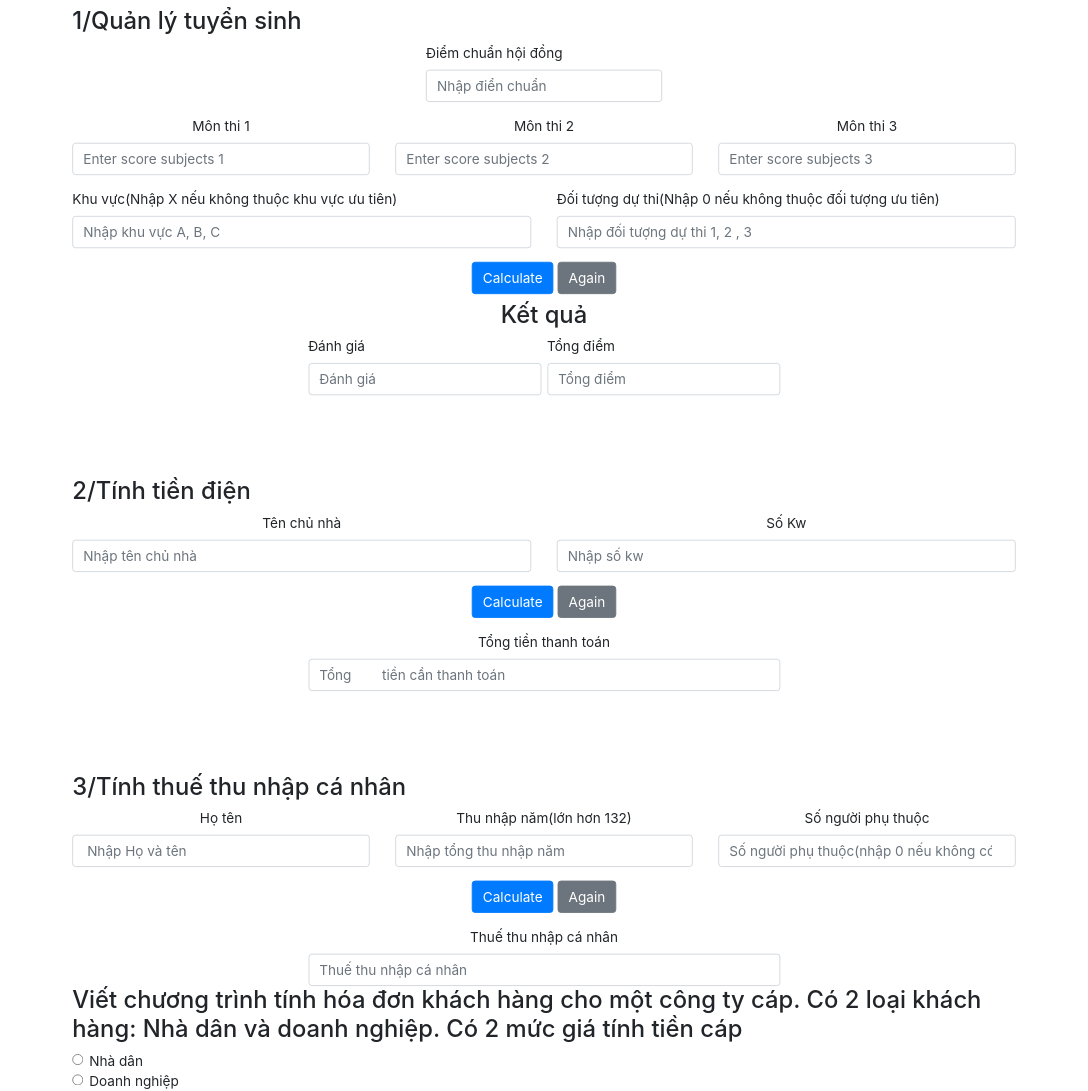
Repository: baobaodeveloper/bootcamp21__jsbasic4_HuynhAnhBao
Page: index.html
An editor plug-in stored every save of this project. The page is shown before and after the next save, followed by the edit.
The browser window is 1280 px wide. The pictures show the whole page, at 85% of full size.

Above is the page before, as saved 2022-03-13 23:06:58.

After the next save:
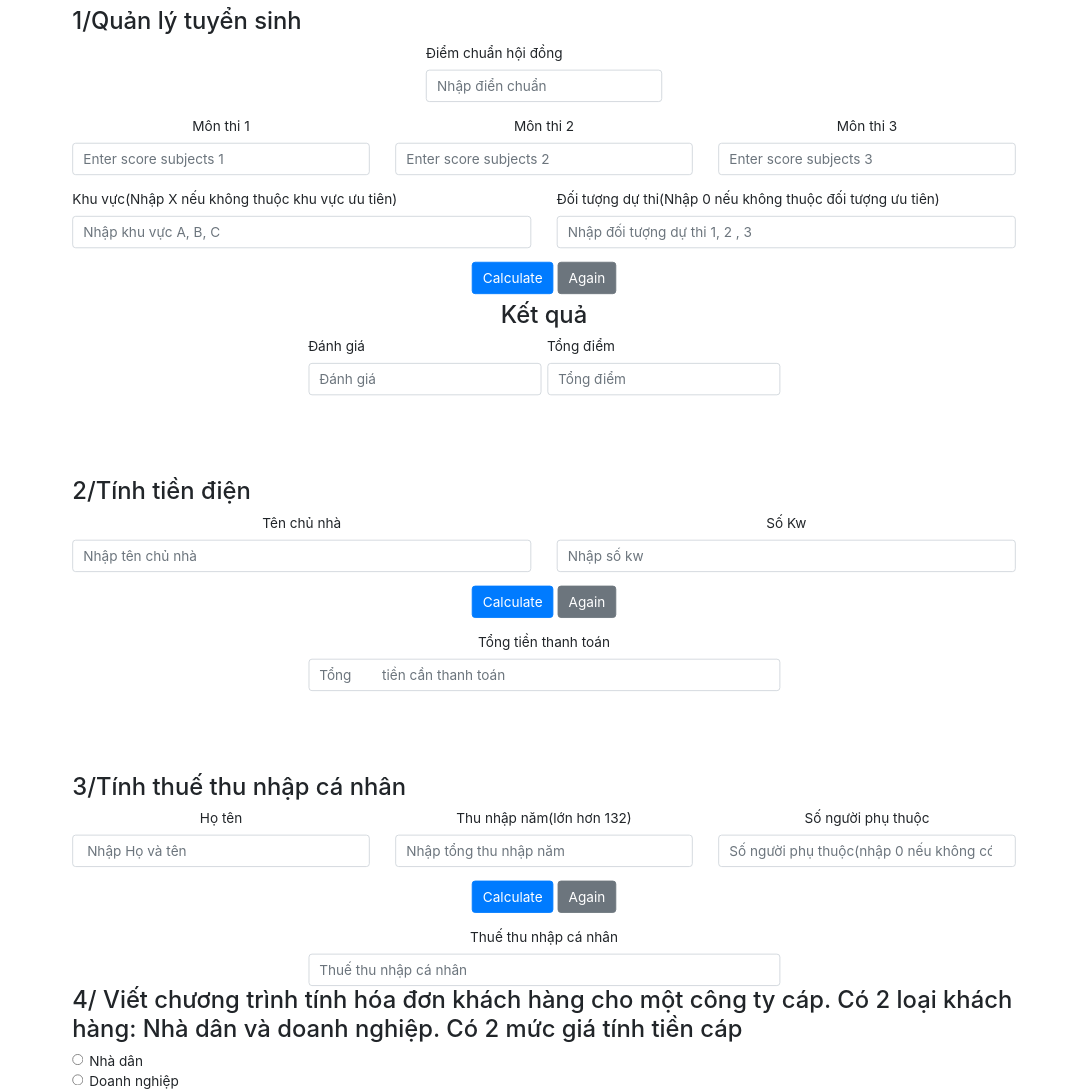
Saved 12 s later.
--- a/index.html
+++ b/index.html
@@ -225,8 +225,8 @@
     Nhà dân và doanh nghiệp. Có 2 mức giá tính tiền cáp-->
     <div class="container">
       <h3>
-        Viết chương trình tính hóa đơn khách hàng cho một công ty cáp. Có 2 loại
-        khách hàng: Nhà dân và doanh nghiệp. Có 2 mức giá tính tiền cáp
+        4/ Viết chương trình tính hóa đơn khách hàng cho một công ty cáp. Có 2
+        loại khách hàng: Nhà dân và doanh nghiệp. Có 2 mức giá tính tiền cáp
       </h3>
       <div class="form-check">
         <input
